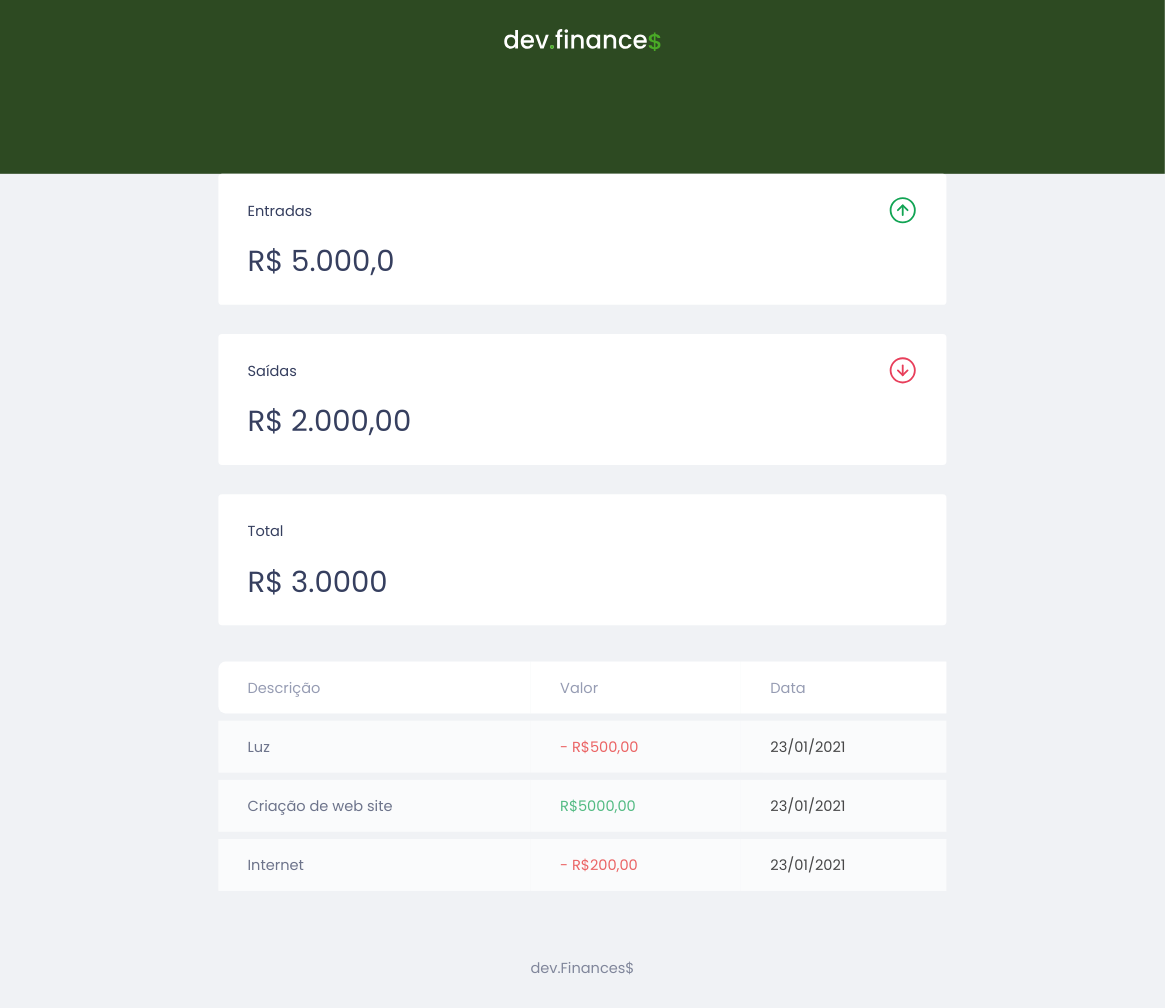
Repository: rafaelmgr12/maratona-dev01
Page: index.html
The author's editor kept a copy of each file at every save. The page is drawn from the files as they stood at one save, then again after the next save.
The browser window is 1280 px wide. The pictures show the whole page, at 91% of full size.

Above is the page before, as saved 2021-04-27 20:16:44.

### index.html
<!DOCTYPE html>
<html lang="pt-br">
  <head>
    <meta charset="UTF-8" />
    <meta http-equiv="X-UA-Compatible" content="IE=edge" />
    <meta name="viewport" content="width=device-width, initial-scale=1.0" />
    <title>Rafael-app.finance$</title>
    <link rel="stylesheet" href="style.css" />
    <link rel="preconnect" href="https://fonts.gstatic.com" />
    <link
      href="https://fonts.googleapis.com/css2?family=Poppins:ital,wght@0,100;0,400;0,700;1,100;1,400;1,700&display=swap"
      rel="stylesheet"
    />
  </head>
  <body>
    <header>
      <img src="./assets/logo.svg" alt="Logo dev.Finance" />
    </header>
    <main class="container">
      <section id="balance">
        <h2 class="sr-only">Balanço</h2>

        <div class="card">
          <h3>
            <span>Entradas </span>
            <img src="./assets/income.svg" alt="Imagem de entradas">
          </h3>
          <p>R$ 5.000,0</p>
        </div>
        <div class="card">
          <h3>
            <span>Saídas</span>
            <img src="./assets/expense.svg" alt="Image de saídas">
          </h3>
          <p>R$ 2.000,00</p>
        </div>
        <div class="card">
          <h3>
            <span>Total</span>
            <img src="./assets/total.svg" alt="Imagem de total">
          </h3>
          <p>R$ 3.0000</p>
        </div>
      </section>
      <section id="transaction">
        <h2 class="sr-only">Transações</h2>
        <table id="data-table">
          <thead>
            <tr>
              <th>Descrição</th>
              <th>Valor</th>
              <th>Data</th>
            </tr>
          </thead>
          <tbody>
            <tr>
              <td class="description">Luz</td>
              <td class="expense">- R$500,00</td>
              <td class="date">23/01/2021</td>
            </tr>
            <tr>
              <td class="description">Criação de web site</td>
              <td class="income">R$5000,00</td>
              <td class="date">23/01/2021</td>
            </tr>
            <tr>
              <td class="description">Internet</td>
              <td class="expense">- R$200,00</td>
              <td class="date">23/01/2021</td>
            </tr>
          </tbody>
        </table>
      </section>
    </main>
    <footer>dev.Finances$</footer>
  </body>
</html>

### style.css
/* Global ======================================== */
:root {
  --dark-blue: #363f5f;
}
* {
  margin: 0;
  padding: 0;
  box-sizing: border-box;
}

body {
  background: #f0f2f5;
  font-family: "Poppins", sans-serif;
}
/*Tricks para sumir elementos da tela, mantendo a funcionalidade de um screenreader*/
.sr-only{
  position: absolute;
  width: 1px;
  height: 1px;
  padding: 0;
  margin: -1px;
  overflow: hidden;
  clip: rect(0,0,0,0);
  white-space: nowrap;
  border-width: 0;

}
.container {
  width: min(90vw, 800px);
  margin: auto;
}
/* Titles ======================================== */
h2 {
  margin-top: 3.2rem;
  margin-bottom: 0.8rem;
  color: var(--dark-blue);

  font-weight: normal;
}

/* Header ======================================== */
header {
  background: #2d4a22;
  padding: 2rem 0 8rem;
  text-align: center;
}

#logo {
  color: #fff;
  font-weight: 100;
}

/* Balance ======================================== */
balance {
  margin-top: -8rem;
}

balance h2 {
  color: white;
  margin-top: 0;
}

/* Cards ======================================== */

.card {
  background: white;
  padding: 1.5rem 2rem;
  border-radius: 0.25rem;

  margin-bottom: 2rem;

  color: var(--dark-blue);
}

.card h3 {
  font-weight: normal;
  font-size: 1rem;
  display : flex;

  align-items: center;
  justify-content: space-between;
}

.card p {
  font-size: 2rem;
  line-height: 3rem;

  margin-top: 1rem;
}

.card.total {
  background: #49aa26;
  color: white;
}
/* Table  ======================================== */
#data-table {
  width: 100%;
  border-spacing: 0 0.5rem;
}
table thead tr th:first-child,
table thead tr td:first-child {
  border-radius: 0.5rem 0 0 0.5rem;
}

table th {
  background: white;
  color: #969cb3;
  font-weight: normal;
  padding: 1rem 2rem;
  text-align: left;
}
table tbody tr {
  opacity: 0.7;
}
table tr:hover {
  opacity: 1;
}
table tbody td {
  background: white;
  padding: 1rem 2rem;
}

td.description {
  color: var(--dark-blue);
}

td.income {
  color: #12a454;
}
td.expense {
    color : #e92929;
}

/* footer ======================================== */
footer {
  text-align: center;
  padding : 4rem 0 2rem;
  color: var(--dark-blue);

  opacity : 0.6;
}

After the next save:
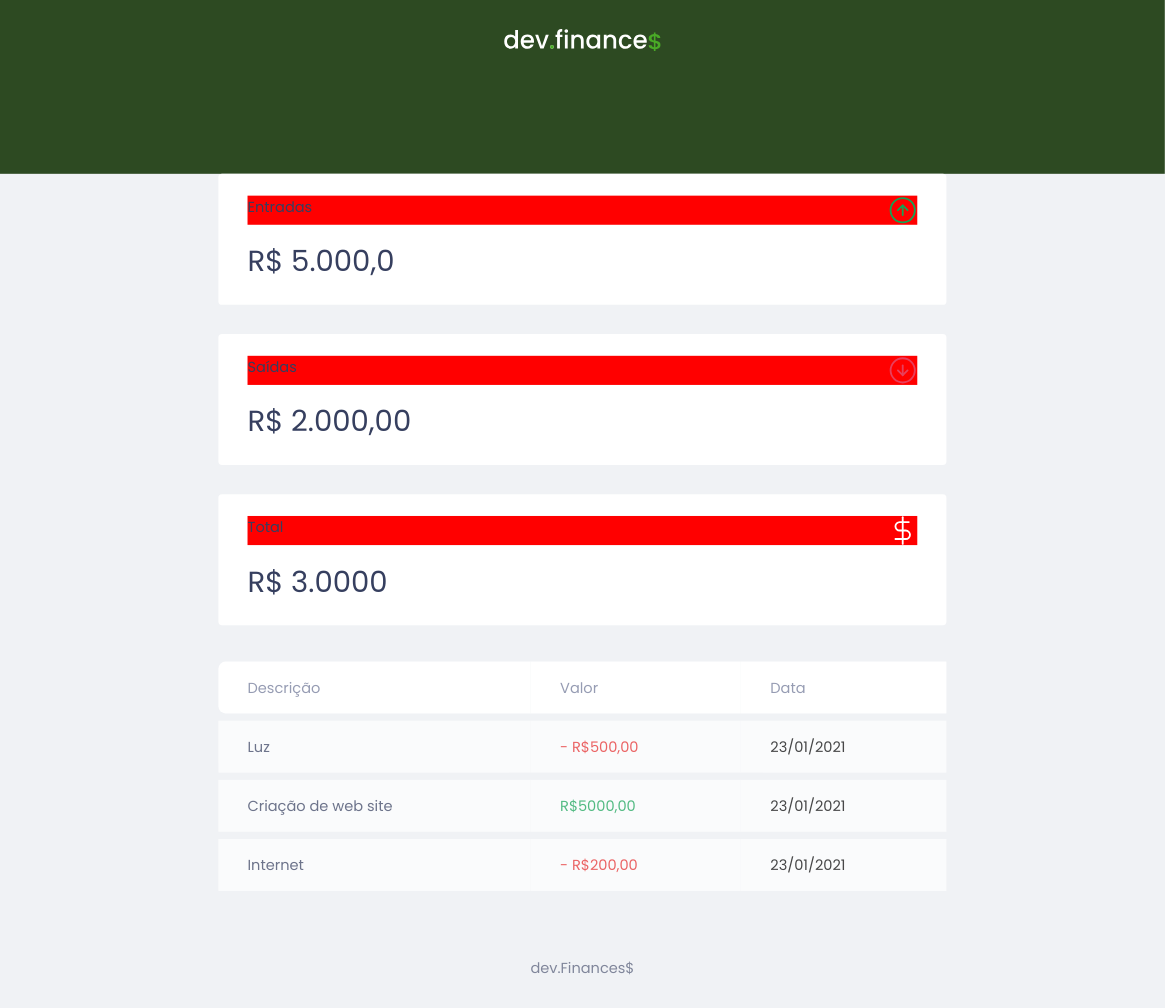
Saved 17 s later.
--- a/style.css
+++ b/style.css
@@ -76,7 +76,8 @@ balance h2 {
   font-weight: normal;
   font-size: 1rem;
   display : flex;
-
+  background-color: red;
+  margin-bottom
   align-items: center;
   justify-content: space-between;
 }

After the save that followed:
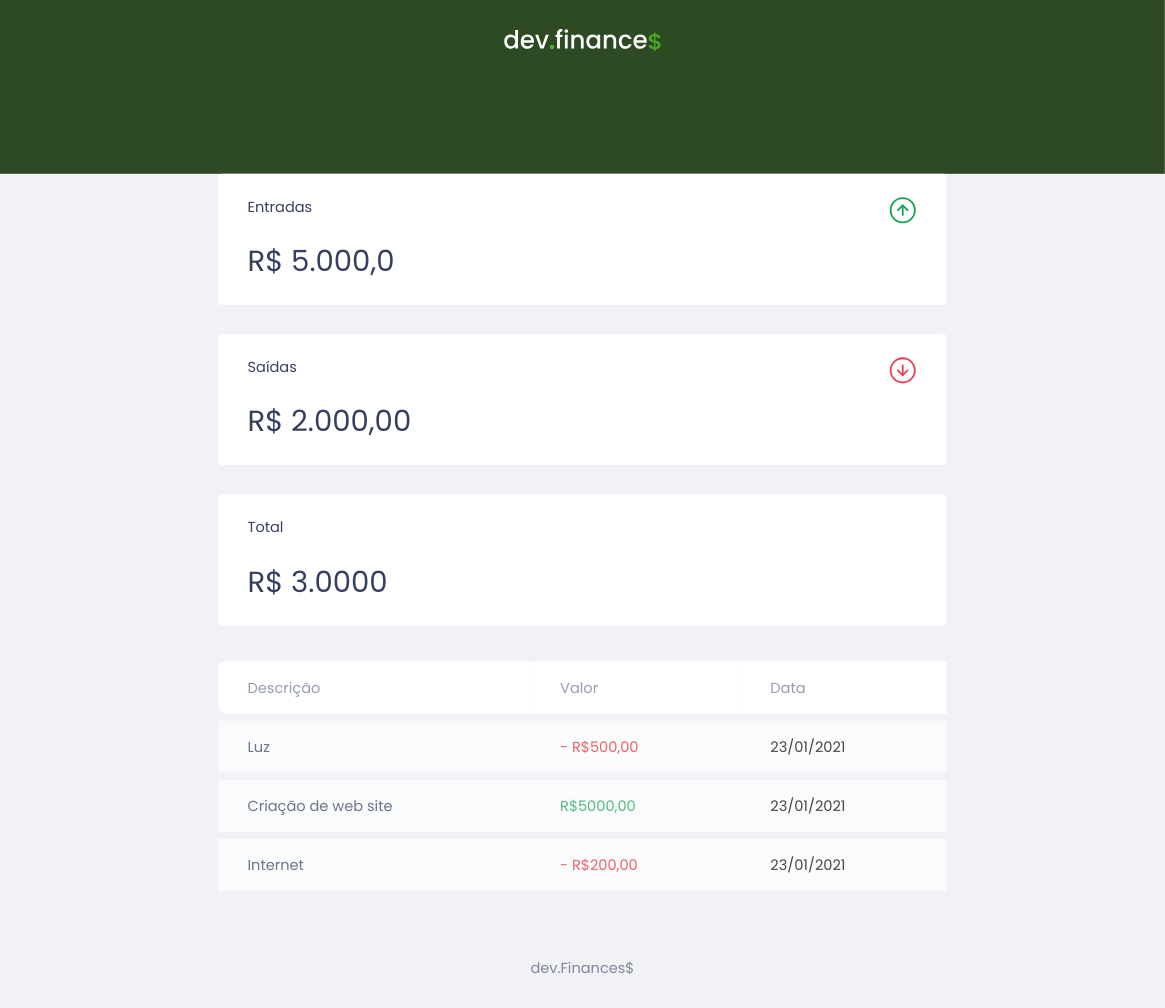
Saved 8 s later.
--- a/style.css
+++ b/style.css
@@ -75,9 +75,7 @@ balance h2 {
 .card h3 {
   font-weight: normal;
   font-size: 1rem;
-  display : flex;
-  background-color: red;
-  margin-bottom
+  display : flex;  margin-bottom
   align-items: center;
   justify-content: space-between;
 }
